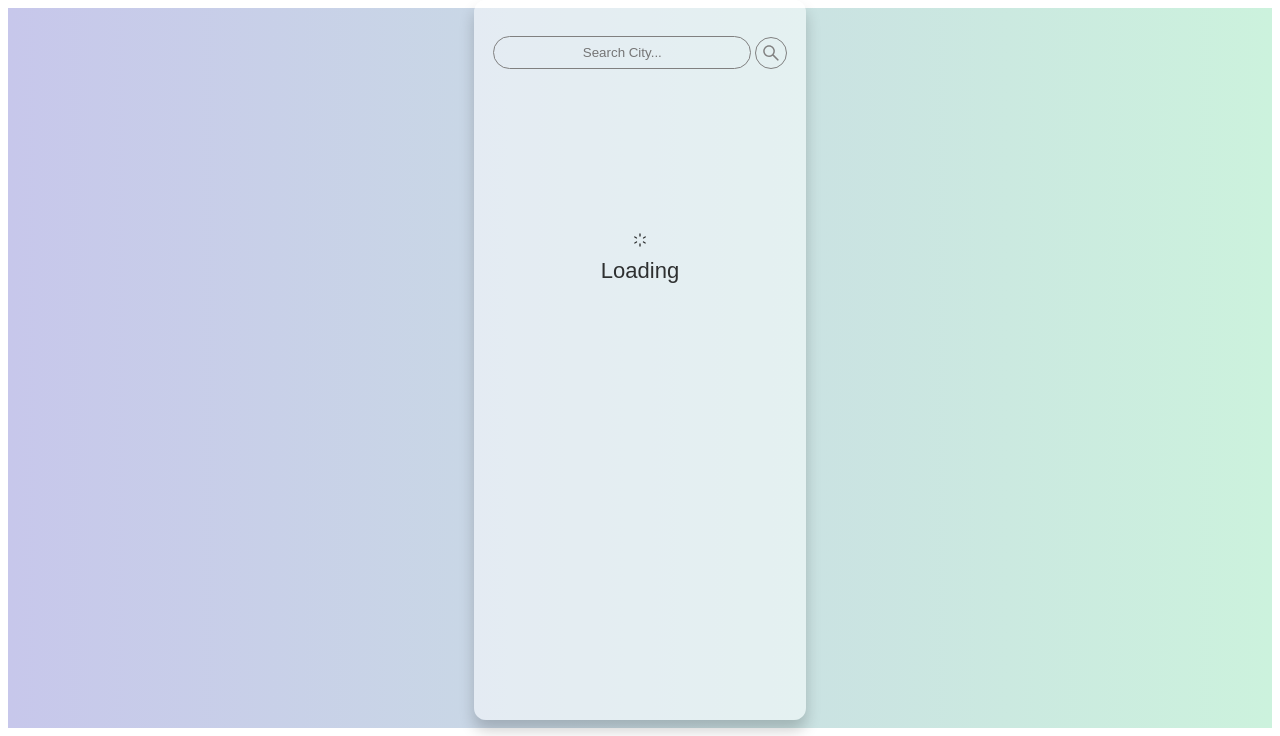
Repository: vaishnavik94/WeatherAPP
Page: /
An editor plug-in stored every save of this project. The page is shown before and after the next save, followed by the edit.
The browser window is 1280 px wide. The pictures show the whole page.
The page's requests for data from a server got no answer. The project was rebuilt for these pictures with package versions that can differ from the ones it lists, and the page was loaded fresh each time. No one was signed in, and anything a server would have sent is missing.

Above is the page before, as saved 2024-04-18 16:29:58.

### public/index.html
<!DOCTYPE html>
<html lang="en">

  <head>
    <meta charset="utf-8" />
    <meta name="viewport" content="width=device-width, initial-scale=1" />
    <meta name="theme-color" content="#000000" />
    <meta name="description" content="Web site created using create-react-app"/>

    <title>React App</title>
  </head>

  <body>
    <noscript>You need to enable JavaScript to run this app.</noscript>
    <div id="root"></div>

  </body>

</html>

### src/App.tsx
import React from 'react';
import './App.css';
import DisplayWeather from './components/DisplayWeather';

function App() {
  return (
    <div className="App">
      <DisplayWeather/>
    </div>
  );
}

export default App;

### src/components/DisplayWeather.tsx
import React from 'react'
import { MainWrapper } from './styles.module'
import { AiOutlineSearch } from "react-icons/ai";
import { WiHumidity } from "react-icons/wi";
import { BiWind } from "react-icons/bi";
import { RiLoaderFill } from "react-icons/ri";
import { TiWeatherPartlySunny } from "react-icons/ti";
import { BsFillSunFill, BsFillCloudFill, BsFillCloudRainFill, BsCloudFog2Fill, BsCloudyFill } from "react-icons/bs";
import axios, { Axios } from 'axios';


interface WeatherDataProps{
    name: string;

    main: {
        temp: number;
        humidity: number;
    };
    sys: {
        country: string;
    };

    wind: {
        speed:number;
    };
    weather: {
        main: string;
    }[];
}

const DisplayWeather = () => {

    const api_key="0cc86d16bf572f78cdc96c096c7627e5";
    const api_Endpoint = "https://api.openweathermap.org/data/2.5/";

    const [weatherData, setWeatherData] = React.useState<WeatherDataProps | null>(null);

    const [isLoading, setLoading] = React.useState(false);

    const fetchCurrentWeather = async (lat:number, lon:number) =>{
        const url = `${api_Endpoint}weather?lat=${lat}&lon=${lon}&appid=${api_key}&units=metric`;
        const response = await axios.get(url);

        return response.data;
    };

    const iconChanger = (weather:string) => {
        let iconElement: React.ReactNode;
        let iconColor:string;

        switch(weather) {
            case "Rain":
                iconElement = <BsFillCloudRainFill/>
                iconColor="#272829"
                break;

            case "Clear":
                iconElement = <BsFillSunFill/>
                iconColor="#ffc436"
                break;

            case "Clouds":
                iconElement = <BsCloudyFill/>
                iconColor="#102c57"
                break;

            case "Mist":
                iconElement = <BsCloudFog2Fill/>
                iconColor="#279eff"
                break;

            default :
                iconElement = <TiWeatherPartlySunny/>
                iconColor="#782869"
        }

        return (
            <span className="icon" style={{color:iconColor}}>
                {iconElement}
            </span>
        )
    }
    React.useEffect(() =>{
        navigator.geolocation.getCurrentPosition((position) => {
            const { latitude, longitude} = position.coords;
            Promise.all([fetchCurrentWeather(latitude,longitude)]).then(
                ([currentWeather]) => {
                    setWeatherData(currentWeather);
                    setLoading(true);
                    console.log(currentWeather);
                }
            );
        });
    });

  return (
    <MainWrapper>

        <div className="container">
            <div className="searchArea">
                <input type="text" placeholder='Search City...' id="cityInput"/>
                <div className="searchCircle">
                    <AiOutlineSearch className='searchIcon' />
                </div>
            </div>


            {weatherData && isLoading ?(
                <>
                    <div className="weatherArea">
                        <h1>{weatherData.name}</h1>
                        <span>{weatherData.sys.country}</span>
                        <div className="icon">
                            {iconChanger(weatherData.weather[0].main)}
                        </div>
                        <h1>{weatherData.main.temp.toFixed(0)}</h1>
                        <h2>{weatherData.weather[0].main}</h2>
                    </div>

                    <div className="bottomInfoArea">
                        <div className="humidityLevel">
                            <WiHumidity className='windIcon'/>
                            <div className="humidInfo">
                                <h1>{weatherData.main.humidity}%</h1>
                                <p>Humidity</p>
                            </div>
                        </div>

                        <div className="windLevel">
                            <BiWind className='windIcon'/>
                            <div className="windInfo">
                                <h1>{weatherData.wind.speed}km/h</h1>
                                <p>Wind Speed</p>
                            </div>
                        </div>

                    </div>
                </>
            ):(
                <div className="loading">
                    <RiLoaderFill className='"loadingIcon'/>
                    <p>Loading</p>
                </div>
            )}

        </div>

    </MainWrapper>
  );
};

export default DisplayWeather

### src/components/styles.module.ts
import styled from "styled-components";


export const MainWrapper = styled.div`
height: 100vh;
background: linear-gradient(to right, #c7c7eb, #ccf2dd);
.container {
    height: 100vh;
background-color: #ffffff7d;
border-radius: 12px;
padding: 1rem;
position: center;
top: 50%;
left: 50%;
transform: translate(-50%, -50%);
box-shadow: 0 10px 15px rgb(0 0 0 / 20%);
box-sizing: border-box;
color: rgba(0, 0, 0, 0.8);
background-blend-mode: overlay;
justify-content: space-between;
align-items: center;
flex-direction: column;
position: absolute;
}


.searchArea {
margin-top: 20px;
display: flex;
justify-content: space-evenly;
align-items: center;
width: 100%;
}


.searchArea > input {
outline: none;
border: none;
border: 1px solid grey;
padding: 8px;
border-radius: 20px;
text-align: center;
width: 80%;
background: transparent;
}
.searchCircle {
border: 1px solid grey;
width: 30px; /* Adjust the width of the circle as needed */
height: 30px; /* Ensure the height matches the width for a perfect circle */
border-radius: 50%;
display: flex;
justify-content: center;
align-items: center;
cursor: pointer;


> .searchIcon {
font-size: 20px;
color: grey;
}
}


.weatherArea {
display: flex;
align-items: center;
flex-direction: column;
margin: 30px 0;


> .icon {
font-size: 9rem;


/* DO LATER NOT WHEN CREATING UI */
}


> h1 {
font-size: 3rem;


font-family: "Bebas Neue", sans-serif;
}


> span {
margin-bottom: 5px;
font-family: "Inter", sans-serif;
}


> h2 {
font-size: 2rem;
font-family: "Inter", sans-serif;
font-weight: 400;
}
}


.bottomInfoArea {
display: flex;
align-items: center;
justify-content: space-around;
font-family: "Josefin Sans", sans-serif;
margin: 10px;
background: linear-gradient(
90deg,
rgba(243, 255, 253, 1) 0%,
rgba(253, 255, 232, 1) 100%
);
border-radius: 12px;
padding: 5px;
}
.humidityLevel,
.wind {
display: flex;
align-items: center;
margin: 0 20px;


> .humidIcon {
font-size: 3rem;
}
}


.windIcon {
font-size: 2rem;
margin-right: 10px;
}


.loading {
height: 400px;
width: 300px;
display: flex;
flex-direction: column;
justify-content: center;
align-items: center;
z-index: 9999;


.loadingIcon {
font-size: 3rem;
/* DO LATER NOT WHEN CREATING UI */
animation: spin 2s linear infinite;
}
p {
font-size: 22px;
margin-top: 10px;
font-family: "Josefin Sans", sans-serif;
}
}


/* DO LATER NOT WHEN CREATING UI */
@keyframes spin {
from {
transform: rotate(0deg);
}
to {
transform: rotate(360deg);
}
}
`;

Loaded but not shown: src/index.tsx (common file); src/App.css (common file)

After the next save:
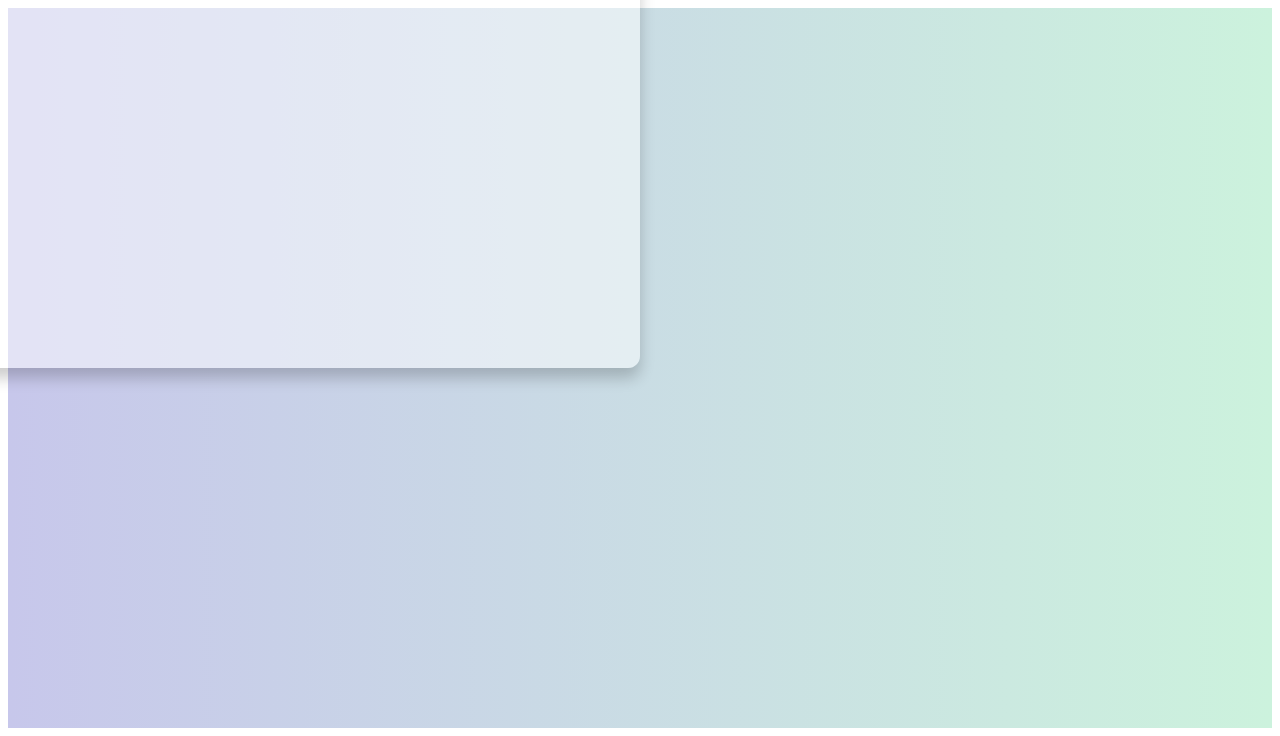
Saved 16 s later.
--- a/src/components/styles.module.ts
+++ b/src/components/styles.module.ts
@@ -20,7 +20,6 @@ background-blend-mode: overlay;
 justify-content: space-between;
 align-items: center;
 flex-direction: column;
-position: absolute;
 }
 
 
